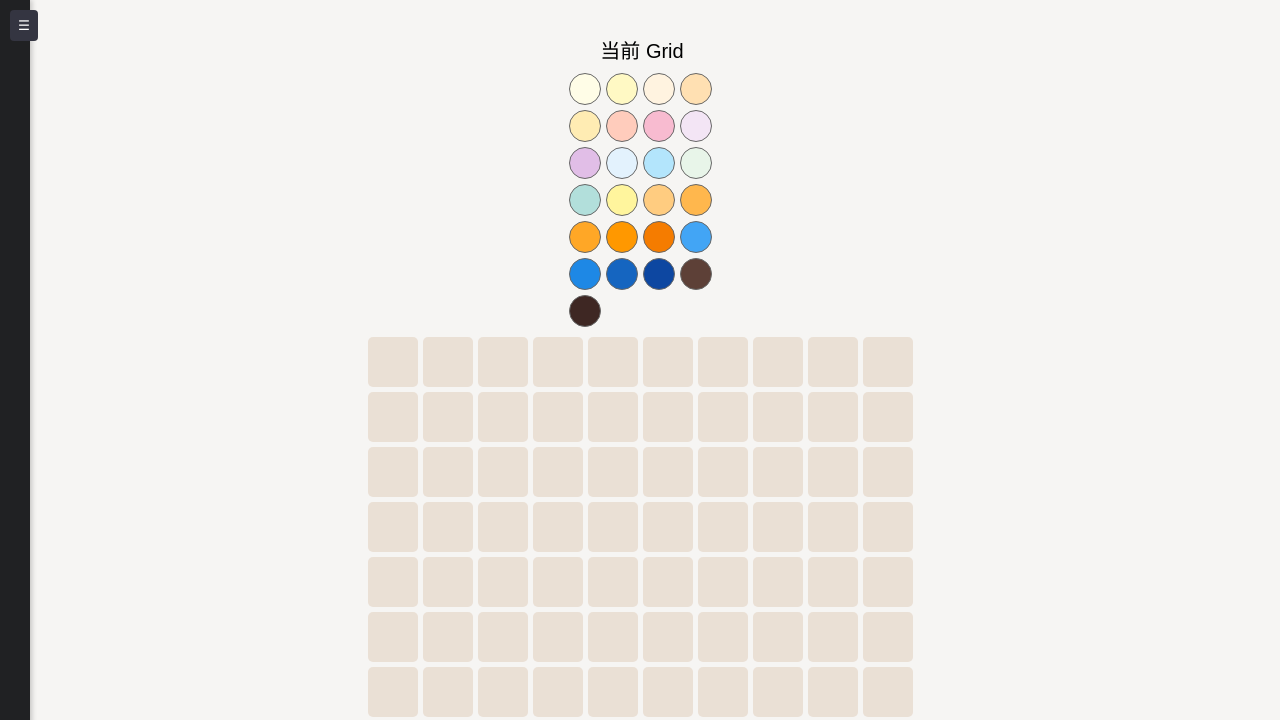
Repository: JemmaUZH/100-Hours
Page: index.html
These files come from the project's save history. The page is drawn as it stood at one moment and after the next save; the edit follows.
The browser window is 1280 px wide. The pictures show the whole page.
An inner scrolling area shows only its first screen.

Above is the page before, as saved 2025-02-26 16:27:34.

After the next save:
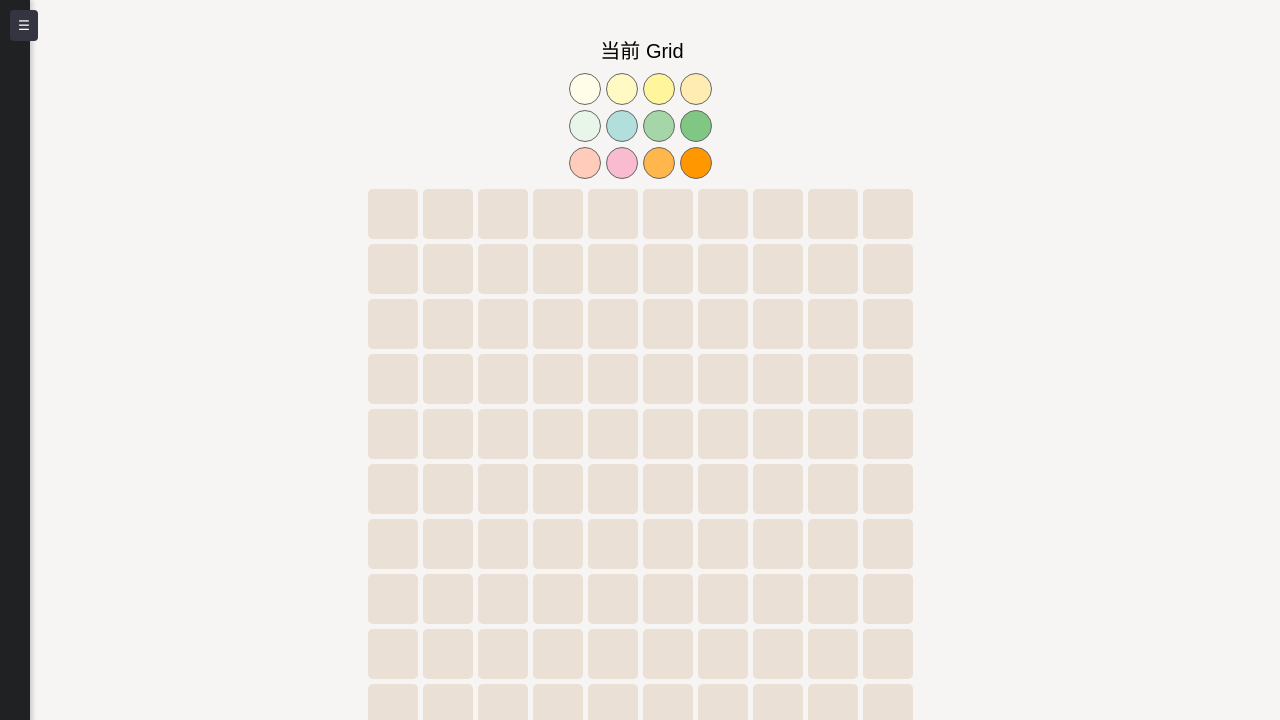
Saved 26 s later.
--- a/js/colorPicker.js
+++ b/js/colorPicker.js
@@ -1,12 +1,10 @@
-// 颜色数组（印象风格色组）
-const colors = [
-    "#FFFDE7", "#FFF9C4", "#FFF3E0", "#FFE0B2", "#FFECB3",
-    "#FFCCBC", "#F8BBD0", "#F3E5F5", "#E1BEE7", "#E3F2FD",
-    "#B3E5FC", "#E8F5E9", "#B2DFDB", "#FFF59D", "#FFCC80",
-    "#FFB74D", "#FFA726", "#FF9800", "#F57C00", "#42A5F5",
-    "#1E88E5", "#1565C0", "#0D47A1", "#5D4037", "#3E2723"
-  ];
+// 定义三组颜色，每组 4 个，按从浅到深排列
+const yellowColors = ["#FFFDE7", "#FFF9C4", "#FFF59D", "#FFECB3"];
+const greenColors  = ["#E8F5E9", "#B2DFDB", "#A5D6A7", "#81C784"];
+const redColors    = ["#FFCCBC", "#F8BBD0", "#FFB74D", "#FF9800"];
 
+// 合并成一个 12 个颜色的数组，顺序：第一行黄色系，第二行绿色系，第三行红色系
+const colors = [...yellowColors, ...greenColors, ...redColors];
   /**
    * 初始化颜色选择器，将所有颜色选项添加到页面上
    */
